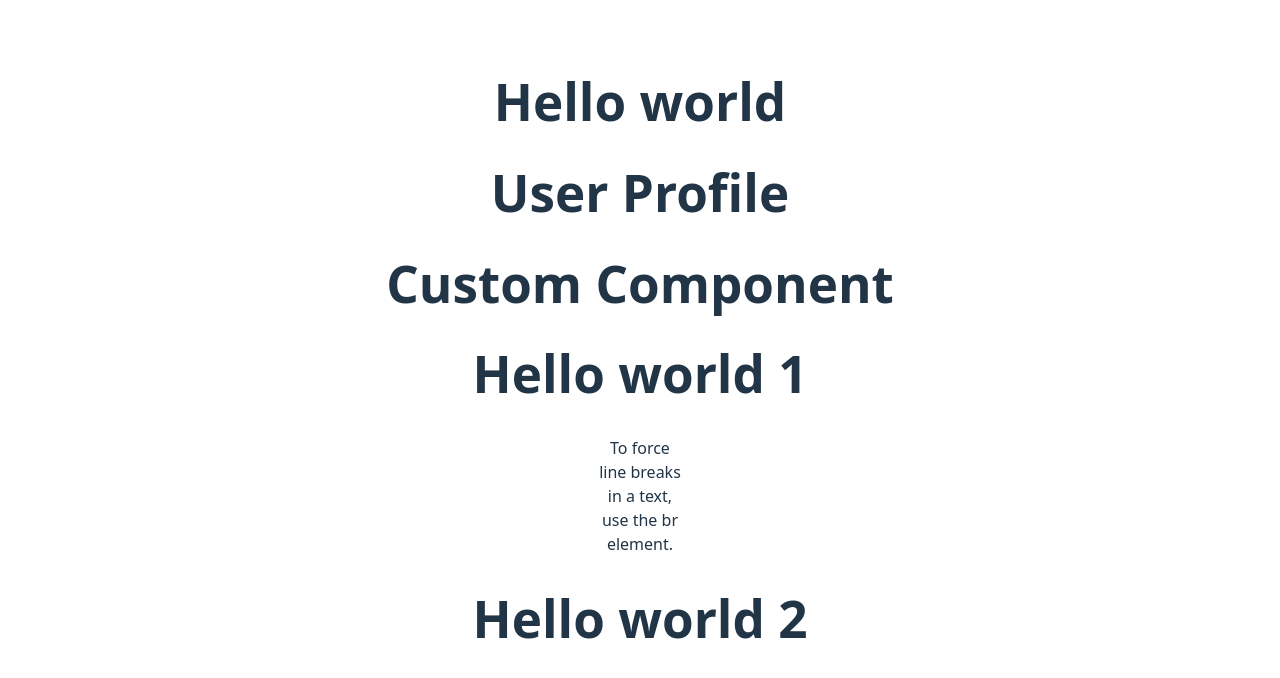
Repository: Janum4444/React-learning
Page: /
An editor plug-in stored every save of this project. The page is shown before and after the next save, followed by the edit.
The browser window is 1280 px wide. The pictures show the whole page.
The project was rebuilt for these pictures with package versions that can differ from the ones it lists, and the page was loaded fresh each time. Also part of the build but not shown: vite.config.js.

Above is the page before, as saved 2026-02-21 19:56:42.

After the next save:
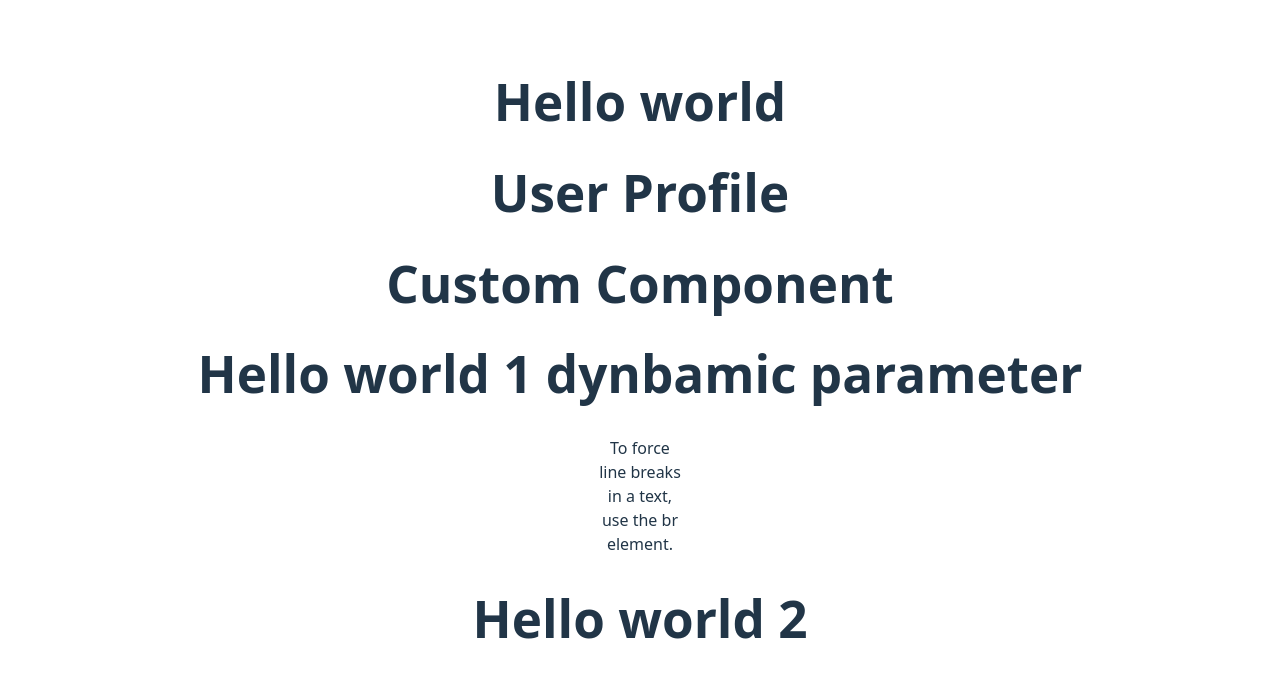
Saved 18 s later.
--- a/src/Hello.jsx
+++ b/src/Hello.jsx
@@ -1,5 +1,5 @@
 export const Hello = () => {
-    let text = "Hello world 1"
+    let text = "Hello world 1 dynbamic parameter"
     return (
         <>
             <div id="hello-container1">
